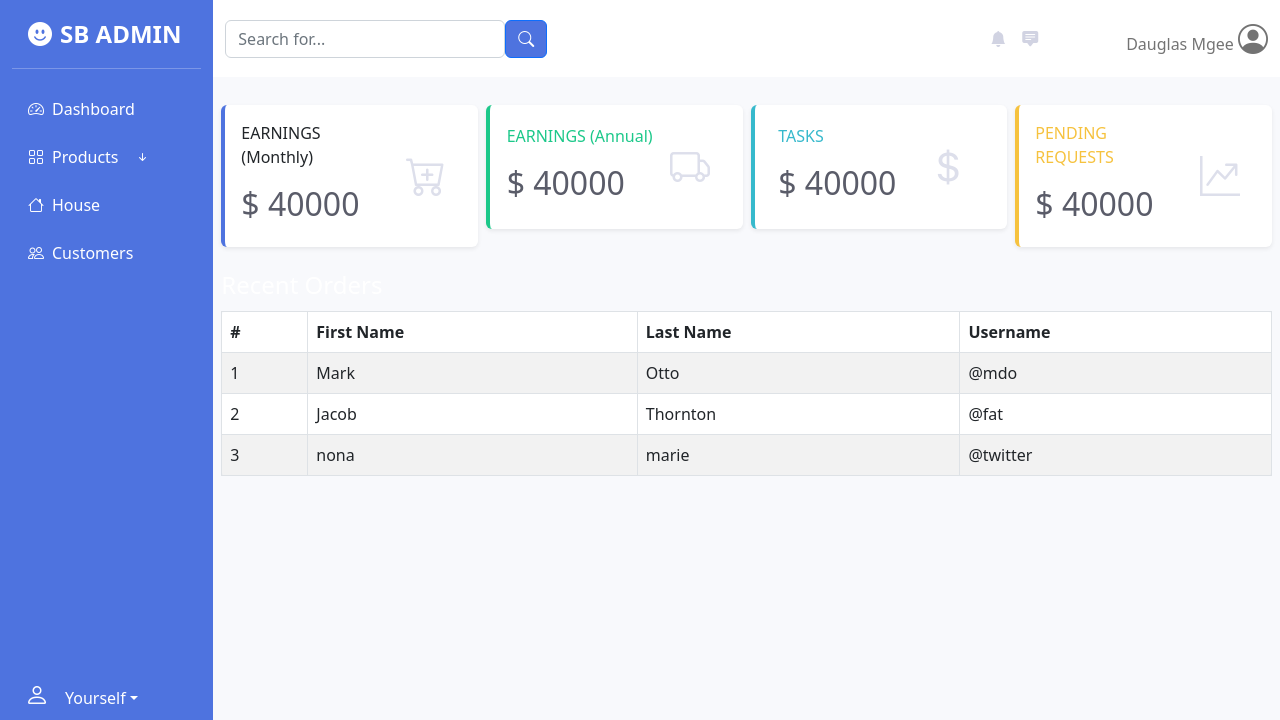
Repository: iqbalaamir/dashboard
Page: /
These files come from the project's save history. The page is drawn as it stood at one moment and after the next save; the edit follows.
The browser window is 1280 px wide. The pictures show the whole page.
The project was rebuilt for these pictures with package versions that can differ from the ones it lists, and the page was loaded fresh each time. Also part of the build but not shown: src/App.css.

Above is the page before, as saved 2023-04-24 22:45:54.

### src/App.js
import "./App.css";
import NavbarComponent from "./components/NavbarComponent";
import Sidebar from "./components/Sidebar";
import Container from "react-bootstrap/Container";
import Row from "react-bootstrap/Row";
import Col from "react-bootstrap/Col";

function App() {
  return (
   <div>
    <Sidebar/>
   </div>
  );
}

export default App;

### src/components/NavbarComponent.js
import Button from "react-bootstrap/Button";
import Container from "react-bootstrap/Container";
import Form from "react-bootstrap/Form";
import Nav from "react-bootstrap/Nav";
import Navbar from "react-bootstrap/Navbar";
import NavDropdown from "react-bootstrap/NavDropdown";

function NavbarComponent() {
  return (
    <Navbar style={{backgroundColor:"white"}} expand="lg">
      <Container fluid>
        <Form className="d-flex">
          <Form.Control
            type="search"
            placeholder="Search for..."
            className=""
            aria-label="Search"
            style={{width:280}}
          />
          <Button style={{ backgroundColor: "#4e73df" }}>
            {" "}
            <i class="bi bi-search"></i>
          </Button>
        </Form>

        <Navbar.Toggle />

        <Navbar.Collapse className="justify-content-end">
          <Nav
            className="my-2 my-lg-0"
            style={{ maxHeight: "100px" }}
            navbarScroll
          >
            <Nav.Link href="#action2">
              <i class="bi bi-bell-fill" style={{color:"#d1d3e2"}}></i>
            </Nav.Link>
            <Nav.Link href="#action2">
              <i class="bi bi-chat-square-text-fill" style={{color:"#d1d3e2"}}></i>
            </Nav.Link>
            {/* <NavDropdown title="Messages" id="navbarScrollingDropdown">

              <NavDropdown.Item href="#action3">Action</NavDropdown.Item>
              <NavDropdown.Item href="#action4">
                Another action
              </NavDropdown.Item>
              <NavDropdown.Divider />
              <NavDropdown.Item href="#action5">
                Something else here
              </NavDropdown.Item>
            </NavDropdown> */}
          </Nav>
          <Navbar.Text style={{marginLeft:80}}>
            {/* Signed in as: <a href="#login">Mark Otto</a> */}
            Dauglas Mgee <i class="bi bi-person-circle" style={{fontSize:30}}></i>
          </Navbar.Text>
        </Navbar.Collapse>
      </Container>
    </Navbar>
  );
}

export default NavbarComponent;

### src/components/Sidebar.js
import React from "react";
import "bootstrap/dist/css/bootstrap.min.css";
import "bootstrap-icons/font/bootstrap-icons.css";
import "bootstrap/js/dist/dropdown";
import "bootstrap/js/dist/collapse";
import "./sidebar.css";
import NavbarComponent from "./NavbarComponent";
import HomeComponent from "./HomeComponent"

export default function Sidebar() {
  return (
    <div className="container-fluid">
      <div className="row">
        <div className="col-auto col-sm-2 sideNav d-flex flex-column justify-content-between min-vh-100">
          <div className="mt-3">
            <a
              className="text-decoration-none ms-3 d-flex align-items-center text-white customHeading"
              role="button"
            >
                 <i className="bi bi-emoji-smile-fill"></i>
              <span className="ms-2 d-none d-sm-inline">SB ADMIN</span>
            </a>
            <hr className="text-white d-none d-sm-block"></hr>
            <ul class="nav nav-pills flex-column mt-2 mt-sm-0" id="parentM">
              <li class="nav-item  my-1 py-2 py-sm-0">
                <a
                  class="nav-link text-white text-center text-sm-start"
                  href="#"
                  aria-current="page"
                >
                  <i className="bi bi-speedometer2"></i>
                  <span className="ms-2 d-none d-sm-inline">Dashboard</span>
                </a>
              </li>
              <li class="nav-item  my-1 py-2 py-sm-0">
                <a
                  class="nav-link text-white text-center text-sm-start"
                  href="#submenu"
                  data-bs-toggle="collapse"
                  aria-current="page"
                >
                  <i className="bi bi-grid"></i>
                  <span className="ms-2 d-none d-sm-inline">Products</span>
                  <i className="bi bi-arrow-down-short ms-0 ms-sm-3"></i>
                </a>
                <ul
                  class="nav collapse ms-2 flex-column"
                  id="submenu"
                  data-bs-parent="#parentM"
                >
                  <li class="nav-item ">
                    <a class="nav-link text-white" href="#" aria-current="page">
                      <span className="d-none d-sm-inline"> Item</span>1
                    </a>
                  </li>
                  <li class="nav-item ">
                    <a class="nav-link text-white" href="#">
                      <span className="d-none d-sm-inline"> Item</span>2
                    </a>
                  </li>
                </ul>
              </li>
              <li class="nav-item  my-1">
                <a
                  class="nav-link text-white text-center text-sm-start"
                  href="#"
                  aria-current="page"
                >
                  <i className="bi bi-house"></i>
                  <span className="ms-2 d-none d-sm-inline">House</span>
                </a>
              </li>
              <li class="nav-item text-white my-1">
                <a
                  class="nav-link text-white text-center text-sm-start"
                  href="#"
                  aria-current="page"
                >
                  <i className="bi bi-people"></i>
                  <span className="ms-2 d-none d-sm-inline">Customers</span>
                </a>
              </li>
            </ul>
          </div>
          <div class="dropdown open">
            <a
              class="btn border-none dropdown-toggle text-white"
              type="button"
              id="triggerId"
              data-bs-toggle="dropdown"
              aria-haspopup="true"
              aria-expanded="false"
            >
              <i className="bi bi-person fs-4"></i>
              <span className="f5-5 ms-3 d-none d-sm-inline">Yourself</span>
            </a>
            <div class="dropdown-menu" aria-labelledby="triggerId">
              <a class="dropdown-item" href="#">
                Profile
              </a>
              <a class="dropdown-item" href="#">
                Setting
              </a>
            </div>
          </div>

        </div>
        <div className="col" style={{backgroundColor:"#f8f9fc",padding:0}}>
       <NavbarComponent/>
       <HomeComponent/>
        </div>

      </div>
    </div>
  );
}

### src/components/sidebar.css
#parentM li a:hover {
    background-color: #9eacd4;

}
.sideNav{
   background-color: #4e73df;
}
.customHeading{
    font-weight: bold;
    font-size: x-large;
}

### src/components/HomeComponent.js
import React from "react";
import TableComponent from "./TableComponent";

function Home() {
  return (
    <div className="">
      <div className="container-fluid">
        <div className="row g-3 my-2">
          <div className="col-md-3 p-1">
            <div
              className="p-3 bg-white shadow-sm d-flex justify-content-around align-items-center rounded"
              style={{
                borderLeft: "solid",
                borderLeftWidth: "4px",
                borderLeftColor: "#4e73df",
              }}
            >
              <div>
                <p className="fs-12" style={{ color: "#" }}>
                  EARNINGS (Monthly)
                </p>
                <h5 className="fs-2" style={{ color: "#5a5c69" }}>
                  $ 40000
                </h5>
              </div>
              <i
                className="bi bi-cart-plus p-3 fs-1"
                style={{ color: "#dddfeb" }}
              ></i>
            </div>
          </div>
          <div className="col-md-3 p-1">
            <div className="p-3 bg-white shadow-sm d-flex justify-content-around align-items-center rounded"
             style={{
              borderLeft: "solid",
              borderLeftWidth: "4px",
              borderLeftColor: "#1cc88a",
            }}>
              <div>
                <p className="fs-12" style={{ color: "#1cc88a" }}>
                  EARNINGS (Annual)
                </p>
                <h5 className="fs-2" style={{ color: "#5a5c69" }}>
                  $ 40000
                </h5>
              </div>
              <i
                className="bi bi-truck p-3 fs-1"
                style={{ color: "#dddfeb" }}
              ></i>
            </div>
          </div>
          <div className="col-md-3 p-1">
            <div className="p-3 bg-white shadow-sm d-flex justify-content-around align-items-center rounded"
             style={{
              borderLeft: "solid",
              borderLeftWidth: "4px",
              borderLeftColor: "#36b9cc",
            }}>
              <div>
                <p className="fs-12" style={{ color: "#36b9cc" }}>
                  TASKS
                </p>
                <h5 className="fs-2" style={{ color: "#5a5c69" }}>
                  $ 40000
                </h5>
              </div>
              <i
                className="bi bi-currency-dollar p-3 fs-1"
                style={{ color: "#dddfeb" }}
              ></i>
            </div>
          </div>
          <div className="col-md-3 p-1">
            <div className="p-3 bg-white shadow-sm d-flex justify-content-around align-items-center rounded"
             style={{
              borderLeft: "solid",
              borderLeftWidth: "4px",
              borderLeftColor: "#f6c23e",
            }}>
              <div>
                <p className="fs-12" style={{ color: "#f6c23e" }}>
                  PENDING REQUESTS
                </p>
                <h5 className="fs-2" style={{ color: "#5a5c69" }}>
                  $ 40000
                </h5>
              </div>
              <i
                className="bi bi-graph-up-arrow p-3 fs-1"
                style={{ color: "#dddfeb" }}
              ></i>
            </div>
          </div>
        </div>
      </div>
      <div className="px-2">
        <TableComponent />
      </div>
    </div>
  );
}

export default Home;

### src/components/TableComponent.js
import Table from 'react-bootstrap/Table';

function TableComponent() {
  return (
    <Table striped bordered hover className='table caption-top bg-white rounded mt-2'>
      <caption className='fs-4 text-white'>Recent Orders</caption>
      <thead>
        <tr>
          <th>#</th>
          <th>First Name</th>
          <th>Last Name</th>
          <th>Username</th>
        </tr>
      </thead>
      <tbody>
        <tr>
          <td>1</td>
          <td>Mark</td>
          <td>Otto</td>
          <td>@mdo</td>
        </tr>
        <tr>
          <td>2</td>
          <td>Jacob</td>
          <td>Thornton</td>
          <td>@fat</td>
        </tr>
        <tr>
          <td>3</td>
          <td>nona</td>
          <td>marie</td>
          <td>@twitter</td>
        </tr>
      </tbody>
    </Table>
  );
}

export default TableComponent;

Loaded but not shown: public/index.html (common file); src/index.js (common file); src/index.css (common file); src/reportWebVitals.js (common file)

After the next save:
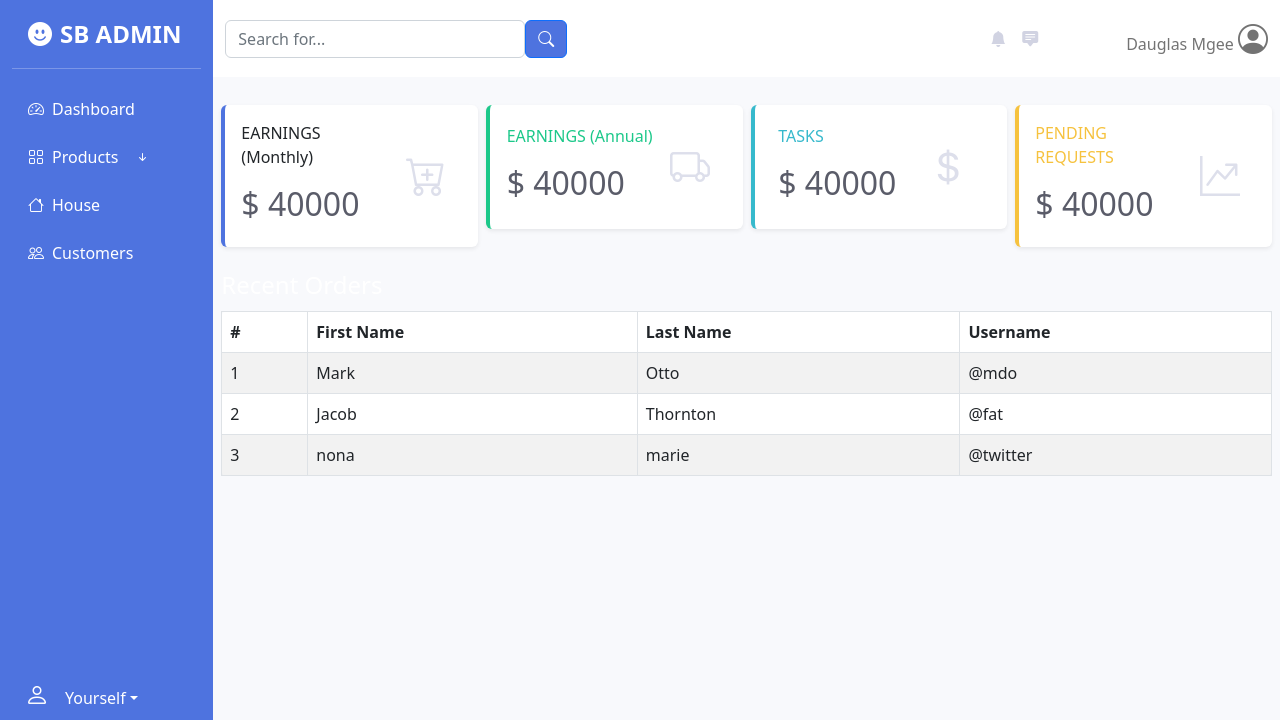
Saved 48 s later.
--- a/src/components/NavbarComponent.js
+++ b/src/components/NavbarComponent.js
@@ -15,7 +15,7 @@ function NavbarComponent() {
             placeholder="Search for..."
             className=""
             aria-label="Search"
-            style={{width:280}}
+            style={{width:300}}
           />
           <Button style={{ backgroundColor: "#4e73df" }}>
             {" "}
